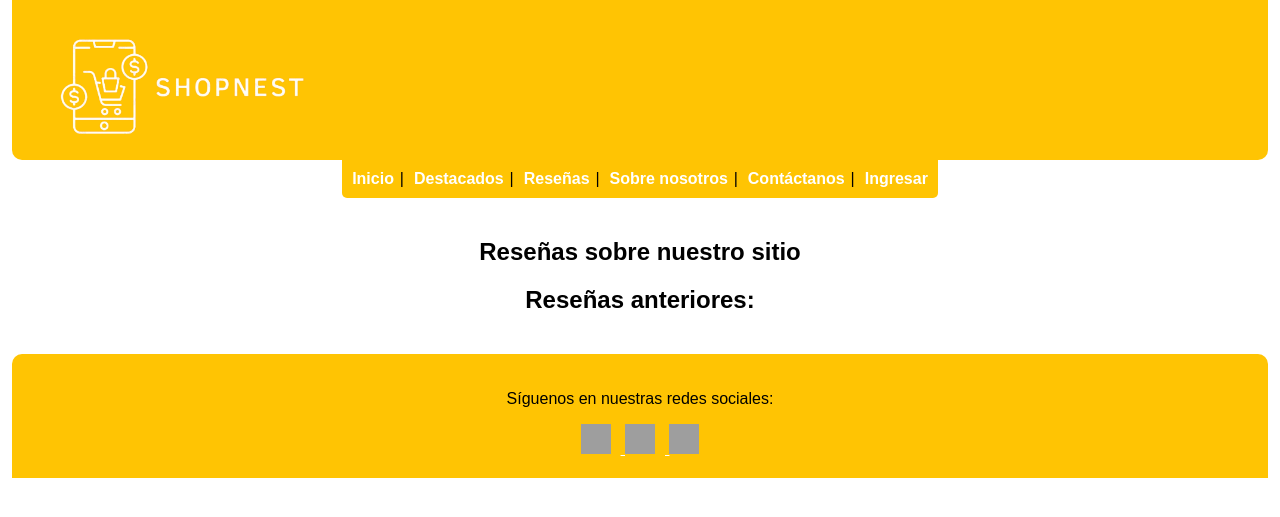
Repository: Regmalek07/ProyectoU
Page: resena.html
These files come from the project's save history. The page is drawn as it stood at one moment and after the next save; the edit follows.
The browser window is 1280 px wide. The pictures show the whole page.
Pictures or frames that could not be fetched are drawn as grey boxes. The page's requests for data from a server got no answer.

Above is the page before, as saved 2024-04-29 20:46:33.

After the next save:
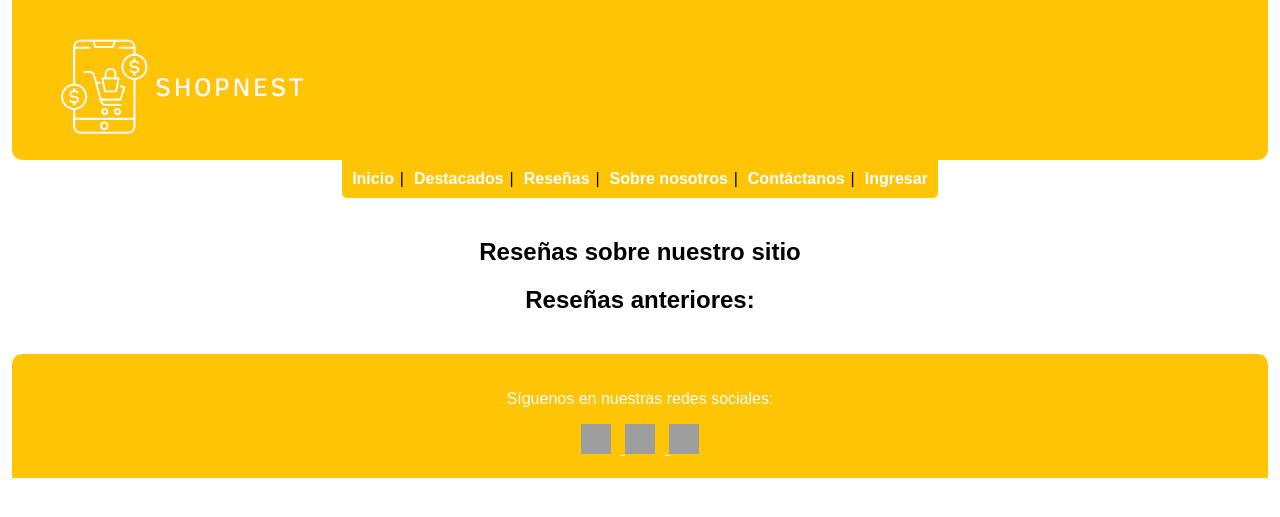
Saved 13 s later.
--- a/styles/styles5.css
+++ b/styles/styles5.css
@@ -37,7 +37,7 @@
     border-top-right-radius: 10px;
 }
 
-footer a {
+footer a, p {
     color: #fff;
 }
 
